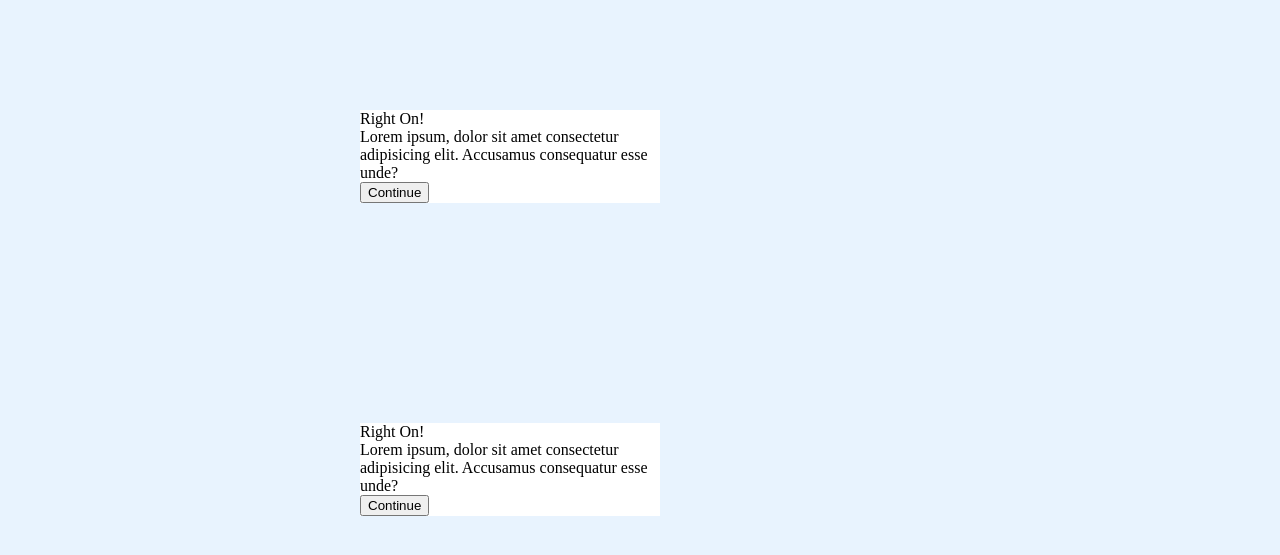
Repository: giahuy405/flash_message_BEM
Page: index.html
An editor plug-in stored every save of this project. The page is shown before and after the next save, followed by the edit.
The browser window is 1280 px wide. The pictures show the whole page.

Above is the page before, as saved 2022-09-06 02:10:09.

After the next save:
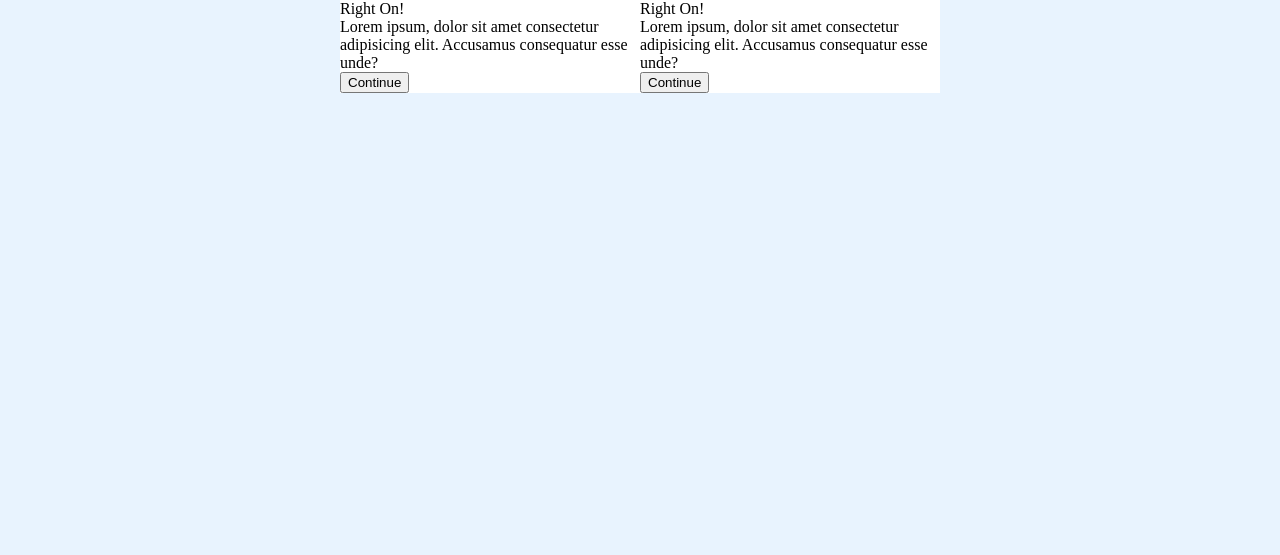
Saved 82 s later.
--- a/css/index.css
+++ b/css/index.css
@@ -17,5 +17,5 @@
     float: left;
     width: 50%;
     background-color: white;
-    margin: 110px 20px;
+
 }
